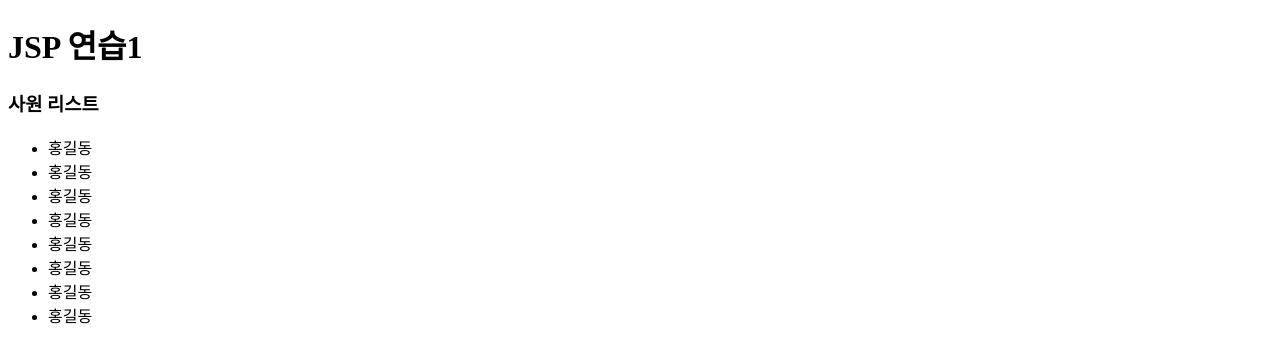
Repository: onuo77/HTA
Page: http://localhost/sample/basic/demo1.jsp
An editor plug-in stored every save of this project. The page is shown before and after the next save, followed by the edit.
The browser window is 1280 px wide. The pictures show the whole page.
The page is served by Tomcat 9.

Above is the page before, as saved 2021-05-18 08:24:06.

After the next save:
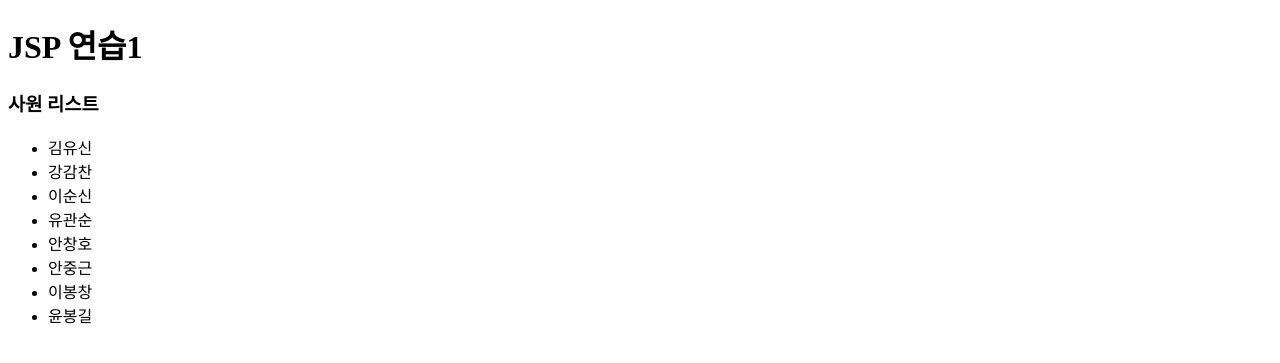
Saved 11 s later.
--- a/java-web/sample/src/main/webapp/basic/demo1.jsp
+++ b/java-web/sample/src/main/webapp/basic/demo1.jsp
@@ -28,7 +28,7 @@
 	<%
 		for(String name : names){
 	%>
-			<li>홍길동</li>
+			<li><%=name %></li>
 	<%
 		}
 	%>
